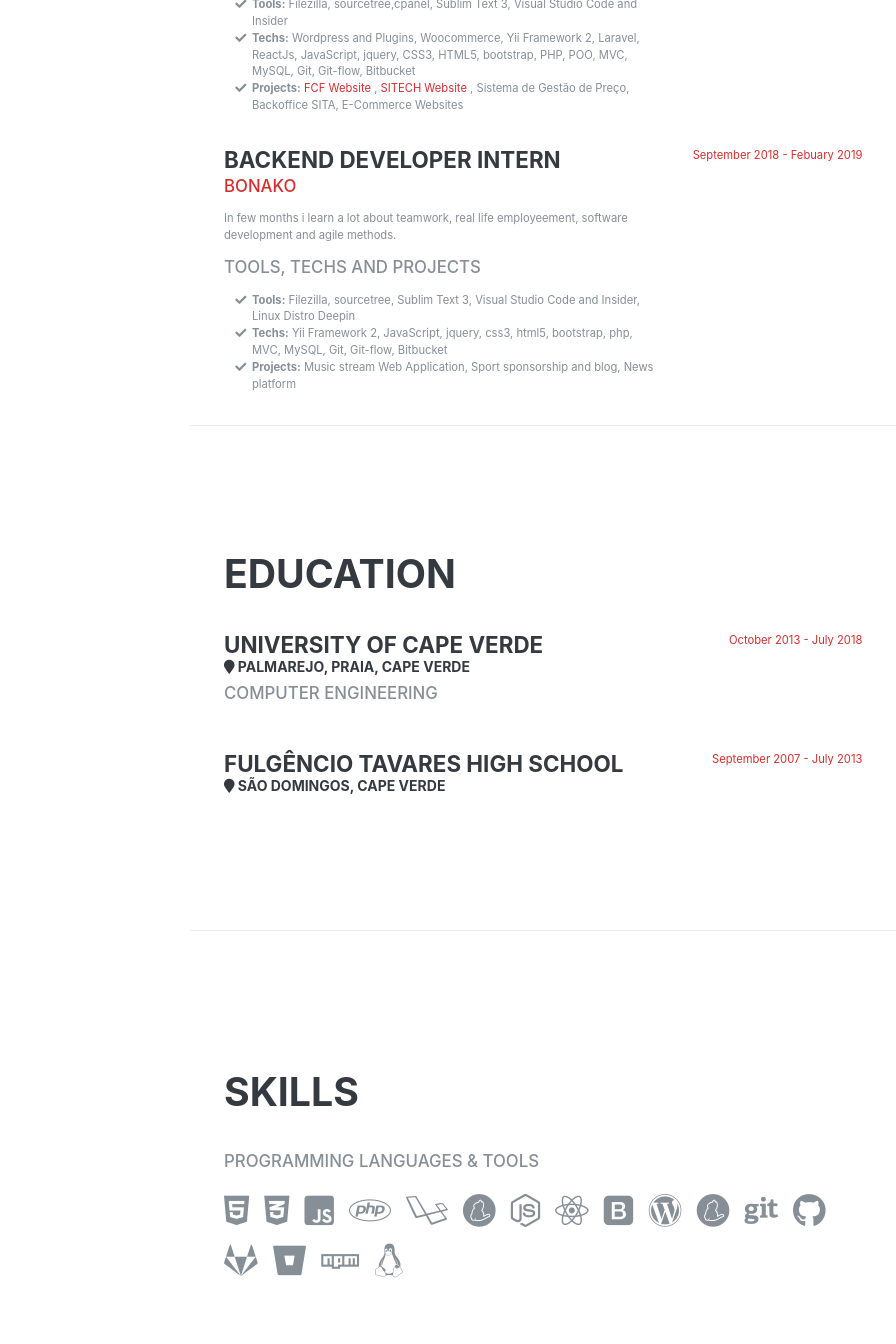
Repository: kcfurtado/kcfurtado.github.io
Page: index.html
An editor plug-in stored every save of this project. The page is shown before and after the next save, followed by the edit.
The browser window is 1280 px wide. The pictures show the part of the page from y = 1072 to 2992 px (the page is 3843 px tall), at 70% of full size.
Some web fonts or font styles are not loaded; a fallback is used.

Above is the page before, as saved 2020-05-04 10:43:44.

After the next save:
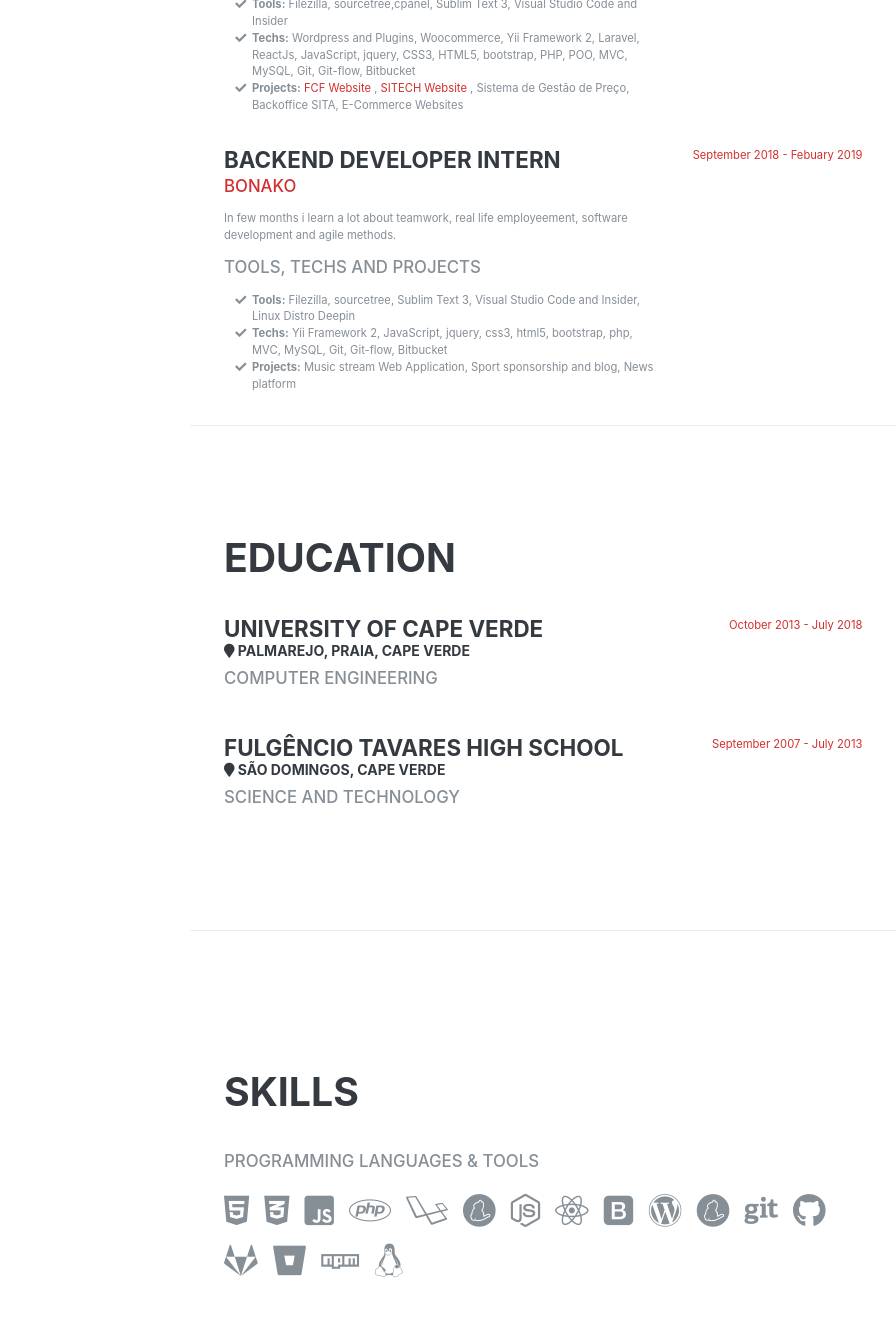
Saved 46 s later.
--- a/index.html
+++ b/index.html
@@ -198,6 +198,8 @@
           <div class="resume-content">
             <h3 class="mb-0">Fulgêncio Tavares High School</h3>
             <h5><i class="fa fa-map-marker" aria-hidden="true"></i> São Domingos, Cape Verde</h5>
+            <div class="subheading mb-3">Science and Technology</div>
+            <div></div>
             <p></p>
           </div>
           <div class="resume-date text-md-right">
